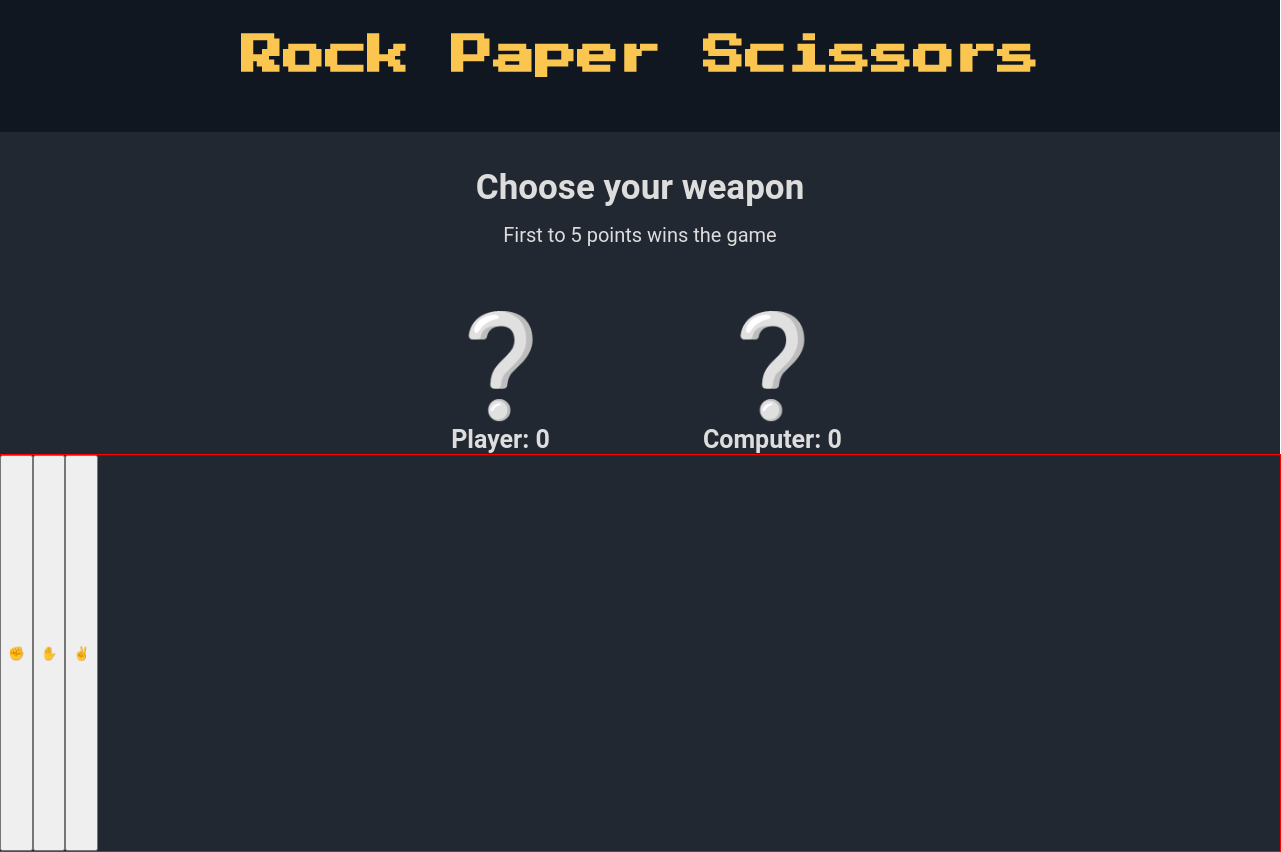
Repository: Aaryan-Poria/Rock-Paper-Scissors
Page: index.html
These files come from the project's save history. The page is drawn as it stood at one moment and after the next save; the edit follows.
The browser window is 1280 px wide. The page is 1281 px wide, so the pictures cover 1281 px, including what lies to the right of the window. The pictures show the whole page.

Above is the page before, as saved 2023-08-23 13:18:55.

After the next save:
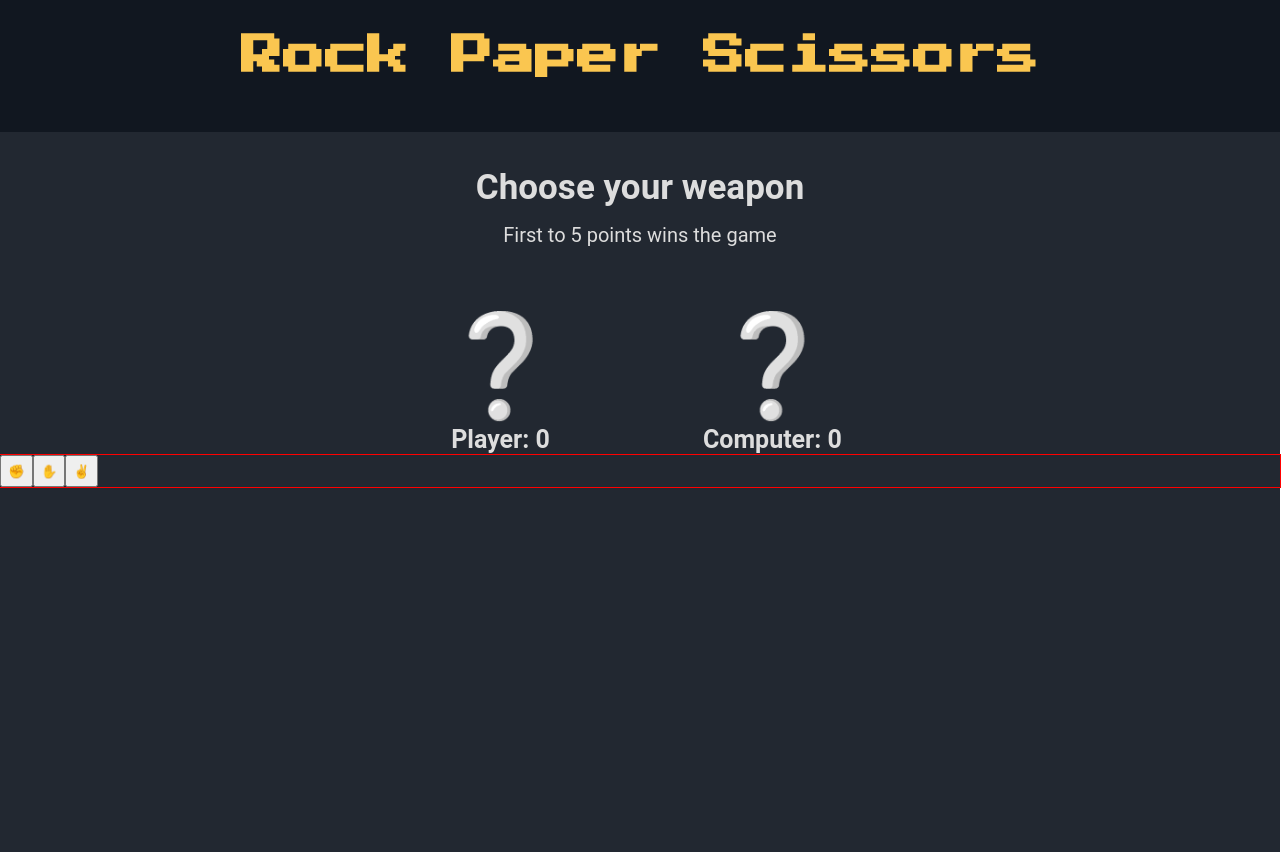
Saved 15 s later.
--- a/style.css
+++ b/style.css
@@ -74,5 +74,5 @@ body {
   display: flex;
   border: 1px solid red;
   width: 100%;
-  height: 100vh;
+  height: 2rem;
 }
